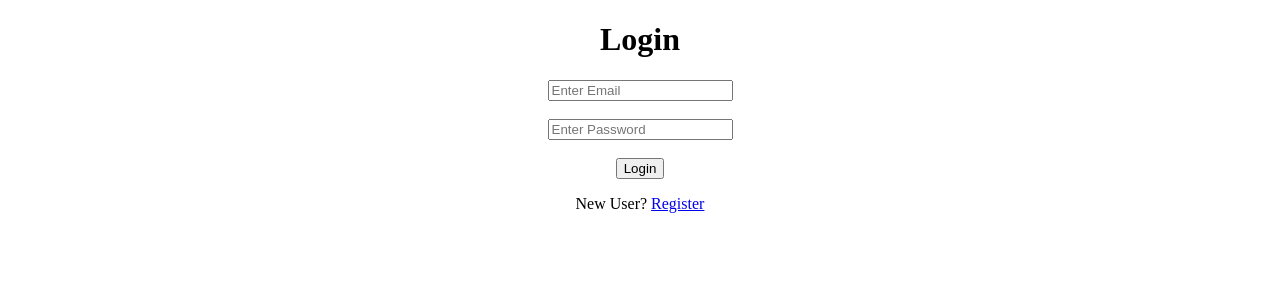
Repository: DeepikaBotla77/Ecommerce
Page: /
These files come from the project's save history. The page is drawn as it stood at one moment and after a run of saves; the edit follows.
The browser window is 1280 px wide. The pictures show the whole page.
The project was rebuilt for these pictures with package versions that can differ from the ones it lists, and the page was loaded fresh each time. Also part of the build but not shown: vite.config.js, src/component/Register.jsx, src/component/Home.jsx, src/component/Navbar.jsx, src/Product/Products.jsx, src/Product/Productdetails.jsx.

Above is the page before, as saved 2026-06-30 14:38:49.

### index.html
<!doctype html>
<html lang="en">
  <head>
    <meta charset="UTF-8" />
    <link rel="icon" type="image/svg+xml" href="/favicon.svg" />
    <meta name="viewport" content="width=device-width, initial-scale=1.0" />
    <title>eww</title>
  </head>
  <body>
    <div id="root"></div>
    <script type="module" src="/src/main.jsx"></script>
  </body>
</html>

### src/main.jsx
import React from "react";
import ReactDOM from "react-dom/client";
import App from "./App";
import { BrowserRouter } from "react-router-dom";

ReactDOM.createRoot(document.getElementById("root")).render(
  <BrowserRouter>
    <App />
  </BrowserRouter>
);

### src/App.jsx
import { Routes, Route } from "react-router-dom";

import Login from "./component/Login";
import Register from "./component/Register";
import Home from "./component/Home";
import Products from "./Product/Products";
import ProductDetails from "./Product/ProductDetails";
import Navbar from "./component/Navbar";
function App() {
  return (
    <Routes>

      <Route path="/" element={<Login />} />

      <Route path="/register" element={<Register />} />

      <Route path="/home" element={<Home />} />

      <Route path="/products" element={<Products />} />

      <Route path="/navbar" element={<Navbar />} />
      <Route path="/products/:id" element={<ProductDetails />} />

    </Routes>
  );
}

export default App;

### src/component/Login.jsx
import { useState } from "react";
import { Link, useNavigate } from "react-router-dom";

function Login() {
  const navigate = useNavigate();

  const [email, setEmail] = useState("");
  const [password, setPassword] = useState("");

  const onLogin = async (e) => {
    e.preventDefault();

    try {
      const res = await fetch(
        `http://localhost:3000/user?email=${email}&password=${password}`
      );

      const data = await res.json();

      if (data.length > 0) {
        alert("Login Successful");
        navigate("/home");
      } else {
        alert("Invalid Email or Password");
      }
    } catch (error) {
      console.log(error);
      alert("Server Error");
    }
  };

  return (
   <center>
    <div className="container">
      <form className="box" onSubmit={onLogin}>
        <h1>Login</h1>

        <input
          type="email"
          placeholder="Enter Email"
          value={email}
          onChange={(e) => setEmail(e.target.value)}
        />
        <br />
        <br />

        <input
          type="password"
          placeholder="Enter Password"
          value={password}
          onChange={(e) => setPassword(e.target.value)}
        />
        <br />
        <br />

        <button type="submit">Login</button>

        <p>
          New User? <Link to="/register">Register</Link>
        </p>
      </form>
    </div>
   </center>
  );
}

export default Login;

After the next 4 saves:
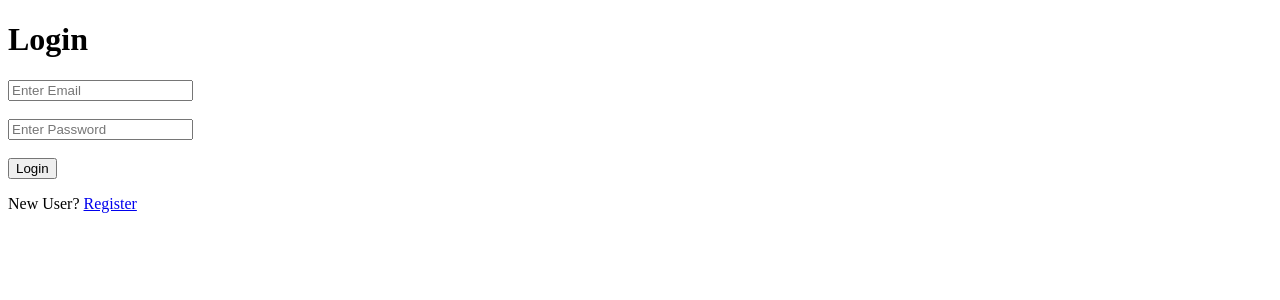
The 4 saves are shown as one change because 2 did not build or start and some came seconds apart.
The last was saved 51 s later.
--- a/src/component/Login.jsx
+++ b/src/component/Login.jsx
@@ -30,7 +30,7 @@ function Login() {
   };
 
   return (
-   <center>
+   <>
     <div className="container">
       <form className="box" onSubmit={onLogin}>
         <h1>Login</h1>
@@ -60,7 +60,7 @@ function Login() {
         </p>
       </form>
     </div>
-   </center>
+   </>
   );
 }
 
